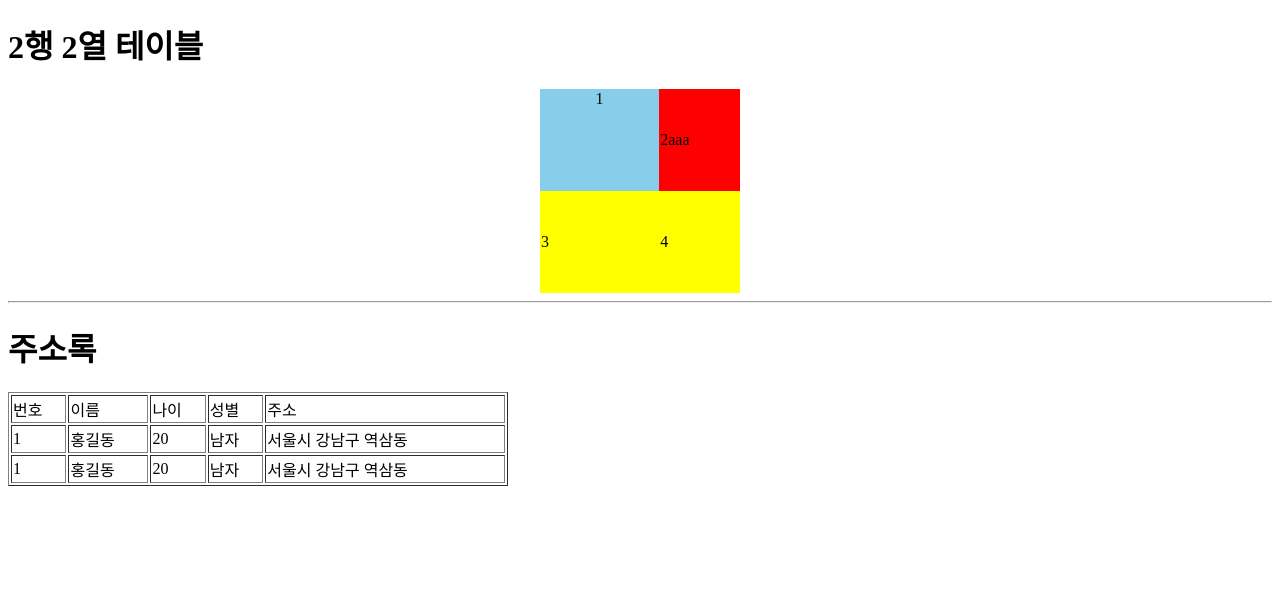
Repository: ssj5037/Class-Study
Page: [5] HTML, CSS, JavaScript/ClientTest/WebContent/Ex14_table.html
An editor plug-in stored every save of this project. The page is shown before and after the next save, followed by the edit.
The browser window is 1280 px wide. The pictures show the whole page.

Above is the page before, as saved 2020-06-19 07:32:49.

### [5] HTML, CSS, JavaScript/ClientTest/WebContent/Ex14_table.html
<!DOCTYPE html>
<html>
<head>
<meta charset="UTF-8">
<title>Insert title here</title>
</head>
<body>
	<!--

		Ex14_table.html

		<table>, 표
		- 표 만들 때 사용
		- 레이아웃 만들 때 사용 -> 잘 안씀 -> <div> + CSS 사용

		1. <table>
			- 큰 상자
			- 전체 컨테이너
		2. <tr>
			- 중간 상자
			- 행 역할
		3. <td>
			- 작은 상자
			- 셀 역할
			- 테이블의 데이터는 <td>가 가진다.

	 -->

	 <h1>2행 2열 테이블</h1>

	 <table border="0" width="200" height="200" bgcolor="yellow" cellspacing="0" align="center" valign="center">
	 	<tr bgcolor = "red">
	 		<td width="120" height="100" bgcolor="skyblue" align="center" valign="top">1</td>
	 		<td width="80">2aaa</td>
	 	</tr>
	 	<tr>
	 		<td height="100">3</td>
	 		<td>4</td>
	 	</tr>
	 </table>

	 <hr>

	 <h1>주소록</h1>

	 <table border="1" width="500">
	 	<!-- 테이블 헤더 -->
	 	<tr>
	 		<td>번호</td>
	 		<td>이름</td>
	 		<td>나이</td>
	 		<td>성별</td>
	 		<td>주소</td>
	 	</tr>
	 	<tr>
	 		<td>1</td>
	 		<td>홍길동</td>
	 		<td>20</td>
	 		<td>남자</td>
	 		<td>서울시 강남구 역삼동</td>
	 	</tr>
	 	<tr>
	 		<td>1</td>
	 		<td>홍길동</td>
	 		<td>20</td>
	 		<td>남자</td>
	 		<td>서울시 강남구 역삼동</td>
	 	</tr>
	 </table>


</body>
</html>

After the next save:
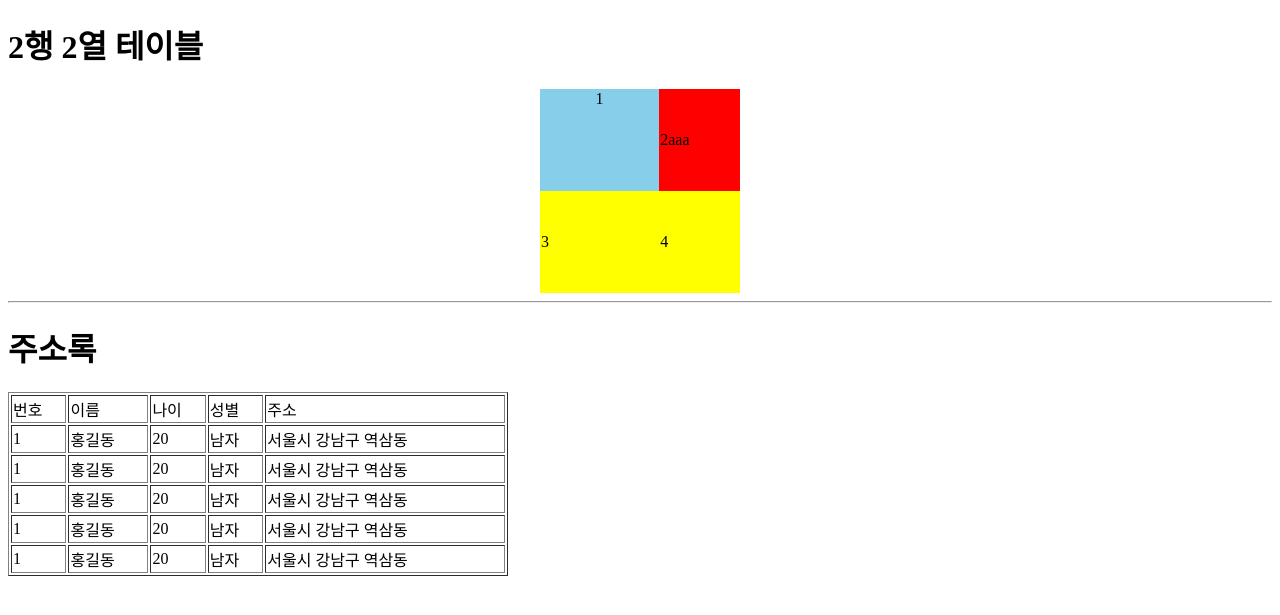
Saved 15 s later.
--- a/[5] HTML, CSS, JavaScript/ClientTest/WebContent/Ex14_table.html
+++ b/[5] HTML, CSS, JavaScript/ClientTest/WebContent/Ex14_table.html
@@ -66,6 +66,27 @@
 	 		<td>남자</td>
 	 		<td>서울시 강남구 역삼동</td>
 	 	</tr>
+	 	<tr>
+	 		<td>1</td>
+	 		<td>홍길동</td>
+	 		<td>20</td>
+	 		<td>남자</td>
+	 		<td>서울시 강남구 역삼동</td>
+	 	</tr>
+	 	<tr>
+	 		<td>1</td>
+	 		<td>홍길동</td>
+	 		<td>20</td>
+	 		<td>남자</td>
+	 		<td>서울시 강남구 역삼동</td>
+	 	</tr>
+	 	<tr>
+	 		<td>1</td>
+	 		<td>홍길동</td>
+	 		<td>20</td>
+	 		<td>남자</td>
+	 		<td>서울시 강남구 역삼동</td>
+	 	</tr>
 	 </table>
 
 
